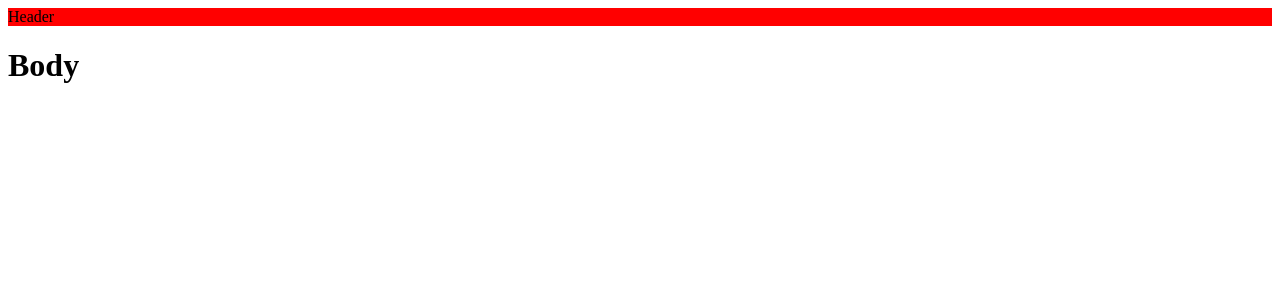
Repository: mememein/samurai_HTML-CSS
Page: index.html
The author's editor kept a record of every edit. The page is drawn from the files as they stood at one moment, then again after the next edit.
The browser window is 1280 px wide. The pictures show the whole page.

Above is the page before.

### index.html
<html lang="ja">
    <head>
        <meta charset="UTF-8">
        <style>
            header {
                background-color: red;
            }

            footer {
                background-color: blue;
            }

            .size {
                top: 200px;
            }
        </style>
    </head>
    <body>
        <header>
            Header
        </header>
        <h1 class="size">
            Body
        </h1>
    </body>
</html>

After the next edit:
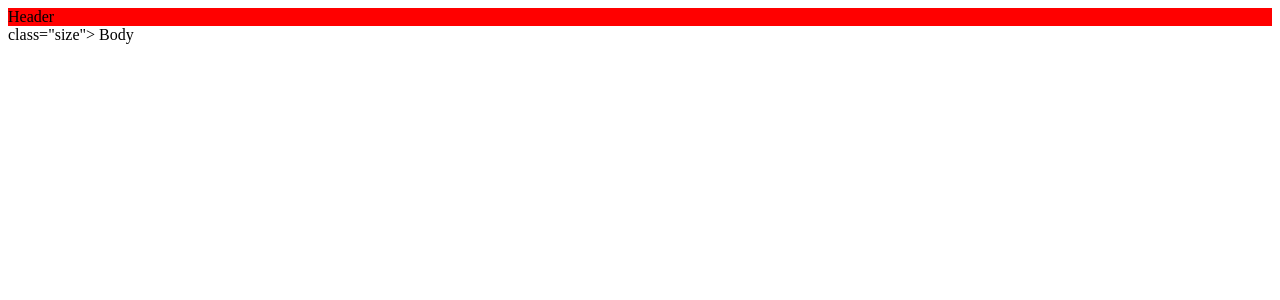
The edit:
--- a/index.html
+++ b/index.html
@@ -19,7 +19,7 @@
         <header>
             Header
         </header>
-        <h1 class="size">
+        <div> class="size">
             Body
         </h1>
     </body>
